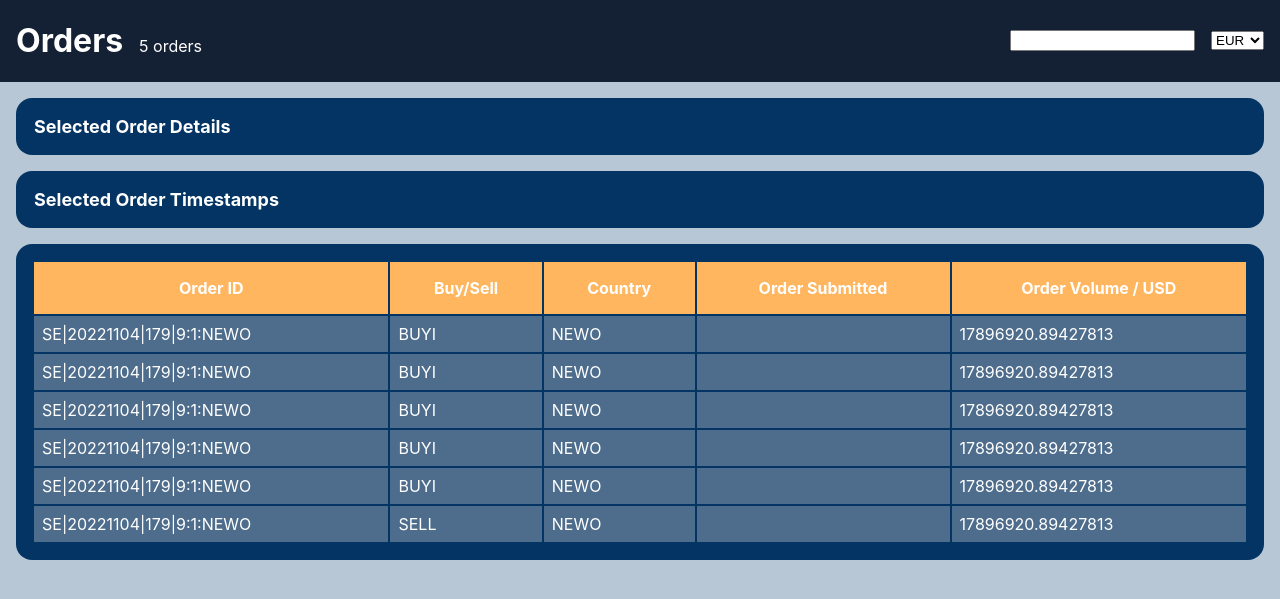
Repository: PreetiToppo/Assignment_Question_1
Page: /
These files come from the project's save history. The page is drawn as it stood at one moment and after the next save; the edit follows.
The browser window is 1280 px wide. The pictures show the whole page.
The project was rebuilt for these pictures with package versions that can differ from the ones it lists, and the page was loaded fresh each time.

Above is the page before, as saved 2023-08-04 19:08:42.

### src/pages/Dashboard.jsx
import { useState, useEffect } from "react";

// Data
import mockData from "../assets/data.json";
import timestamps from "../assets/timeStamps.json";

// Components
import Dropdown from "../component/dropdown/Dropdown";
import HeaderTitle from "../component/header-title/HeaderTitle";
import Search from "../component/search/Search";
import List from "../component/list/List";

// Styles
import styles from "./Dashboard.module.css";
import Card from "../component/card/Card";

const Dashboard = () => {
  const [currency, setCurrency] = useState("EUR");
  const [searchText, setSearchText] = useState("");
  const [mergedData, setMergedData] = useState([]);
  const [selectedOrderDetails, setSelectedOrderDetails] = useState({});
  const [selectedOrderTimeStamps, setSelectedOrderTimeStamps] = useState({});

  useEffect(() => {
    // Merge the data based on the common id
    const mergedData = mockData.results.map((item1) => ({
      ...item1,
      ...timestamps.results.find((item2) => item2.id === item1.id),
    }));
    setMergedData(mergedData);
  }, []);

  return (
    <div>
      <div className={styles.header}>
        <HeaderTitle primaryTitle="Orders" secondaryTitle="5 orders" />
        <div className={styles.actionBox}>
          <Search
            value={searchText}
            onChange={(e) => setSearchText(e.target.value)}
          />
          <Dropdown
            options={[
              "GBP",
              "USD",
              "JPY",
              "EUR",
              "AUD",
              "BGN",
              "BRL",
              "CAD",
              "CHF",
              "CNY",
              "DKK",
              "HKD",
              "HRK",
              "HUF",
              "IDR",
              "ILS",
              "KRW",
              "MXN",
              "MYR",
              "NOL",
              "NZD",
              "PHP",
              "PLN",
              "RON",
              "SEK",
              "SGD",
              "THB",
              "TRY",
              "ZAR",
            ]}
            onChange={(e) => setCurrency(e.target.value)}
            selectedItem={currency}
          />
        </div>
      </div>
      <div className={styles.content}>
        <div className={styles.section}>
          <Card
            cardData={selectedOrderDetails}
            title="Selected Order Details"
          />
          <Card
            cardData={selectedOrderTimeStamps}
            title="Selected Order Timestamps"
          />
        </div>
        <List rows={mergedData} currency={currency} search={searchText} />
      </div>
    </div>
  );
};

export default Dashboard;

### src/assets/data.json
{
  "header": {
    "returnedHits": 6,
    "totalHits": 151839,
    "skippedHits": 0,
    "previousSearchBefore": null,
    "nextSearchAfter": "WzE2Njc1NzU1NjAwMDBd",
    "offset": null
  },
  "results": [
    {
      "&hash": "f29403974dbdc9ce054b879d572610359a9f3d2d2531df63df8233a2ea879c78",
      "&id": "SE|20221104|179|9:1:NEWO",
      "&key": "Order:SE|20221104|179|9:1:NEWO:1667901986951",
      "&model": "Order",
      "executionDetails": {
        "buySellIndicator": "BUYI",
        "orderStatus": "NEWO",
        "orderType": "Market"
      },
      "statsDetails": {
        "avgVsArrivalPrice": 0.0,
        "avgArrivalPrice": 0.0,
        "avgVsMktPrice": 0.0,
        "avgMktPrice": 0.0,
        "avgVsBidAskSpread": 0.0,
        "avgBidAskSpread": 0.0,
        "avgVsClosePrice": 0.0,
        "avgClosePrice": 0.0,
        "avgVsInternalTwap": 0.0,
        "avgInternalTwap": 0.0,
        "avgVsInternalVwap": 0.0,
        "avgInternalVwap": 0.0,
        "avgVsMidPrice": 0.0,
        "avgMidPrice": 0.0,
        "avgVsMovingVwap": 0.0,
        "avgMovingVwap": 0.0,
        "avgVsTouchPrice": 0.0,
        "avgTouchPrice": 0.0,
        "avgVsOpenPrice": 0.0,
        "avgOpenPrice": 0.0,
        "avgVsVwap": 0.0,
        "avgVwap": 0.0,
        "avgPrice": 91.369091993762,
        "tradedQuantity": 195875.0,
        "amends": 0,
        "fills": 1,
        "lifeCycle": 1,
        "lastFillTime": 1667575741000
      },
      "bestExecutionData": {
        "orderVolume": {
          "AUD": 27757268.61955961,
          "BGN": 35456642.91433263,
          "BRL": 90068357.36117567,
          "CAD": 24203990.159998715,
          "CHF": 17880604.819718923,
          "CNY": 128523532.2000561,
          "CZK": 442745747.64998025,
          "DKK": 134913994.73574597,
          "EUR": 18128971.732453536,
          "GBP": 15858861.892115705,
          "HKD": 140486840.6463022,
          "HRK": 136607240.69555715,
          "HUF": 7272437010.473736,
          "IDR": 280850585574.541,
          "ILS": 63569239.379848324,
          "INR": 1468809289.7633855,
          "JPY": 2632145405.834929,
          "KRW": 25338863790.45031,
          "MXN": 349183937.43596077,
          "MYR": 84974116.30435622,
          "NOK": 184949956.71731773,
          "NZD": 30400472.698151335,
          "PHP": 1045534057.7540603,
          "PLN": 84888910.13721369,
          "RON": 88637981.49148509,
          "SEK": 196768233.3897042,
          "SGD": 25182954.633551206,
          "THB": 669067830.7579302,
          "TRY": 333292080.815292,
          "USD": 17896920.89427813,
          "ZAR": 322664877.5857278
        }
      },
      "transactionDetails": {
        "buySellIndicator": "BUYI",
        "priceCurrency": "USD",
        "priceNotation": "MONE",
        "quantityCurrency": "USD",
        "quantityNotation": "UNIT",
        "tradingCapacity": "AOTC",
        "ultimateVenue": "XNGS",
        "venue": "XNGS"
      }
    },
    {
      "&hash": "f29403974dbdc9ce054b879d572610359a9f3d2d2531df63df8233a2ea879c78",
      "&id": "SE|20221104|180|9:1:NEWO",
      "&key": "Order:SE|20221104|180|9:1:NEWO:1667901986951",
      "&model": "Order",
      "executionDetails": {
        "buySellIndicator": "BUYI",
        "orderStatus": "NEWO",
        "orderType": "Market"
      },
      "statsDetails": {
        "avgVsArrivalPrice": 0.0,
        "avgArrivalPrice": 0.0,
        "avgVsMktPrice": 0.0,
        "avgMktPrice": 0.0,
        "avgVsBidAskSpread": 0.0,
        "avgBidAskSpread": 0.0,
        "avgVsClosePrice": 0.0,
        "avgClosePrice": 0.0,
        "avgVsInternalTwap": 0.0,
        "avgInternalTwap": 0.0,
        "avgVsInternalVwap": 0.0,
        "avgInternalVwap": 0.0,
        "avgVsMidPrice": 0.0,
        "avgMidPrice": 0.0,
        "avgVsMovingVwap": 0.0,
        "avgMovingVwap": 0.0,
        "avgVsTouchPrice": 0.0,
        "avgTouchPrice": 0.0,
        "avgVsOpenPrice": 0.0,
        "avgOpenPrice": 0.0,
        "avgVsVwap": 0.0,
        "avgVwap": 0.0,
        "avgPrice": 91.369091993762,
        "tradedQuantity": 195875.0,
        "amends": 0,
        "fills": 1,
        "lifeCycle": 1,
        "lastFillTime": 1667575741000
      },
      "bestExecutionData": {
        "orderVolume": {
          "AUD": 27757268.61955961,
          "BGN": 35456642.91433263,
          "BRL": 90068357.36117567,
          "CAD": 24203990.159998715,
          "CHF": 17880604.819718923,
          "CNY": 128523532.2000561,
          "CZK": 442745747.64998025,
          "DKK": 134913994.73574597,
          "EUR": 18128971.732453536,
          "GBP": 15858861.892115705,
          "HKD": 140486840.6463022,
          "HRK": 136607240.69555715,
          "HUF": 7272437010.473736,
          "IDR": 280850585574.541,
          "ILS": 63569239.379848324,
          "INR": 1468809289.7633855,
          "JPY": 2632145405.834929,
          "KRW": 25338863790.45031,
          "MXN": 349183937.43596077,
          "MYR": 84974116.30435622,
          "NOK": 184949956.71731773,
          "NZD": 30400472.698151335,
          "PHP": 1045534057.7540603,
          "PLN": 84888910.13721369,
          "RON": 88637981.49148509,
          "SEK": 196768233.3897042,
          "SGD": 25182954.633551206,
          "THB": 669067830.7579302,
          "TRY": 333292080.815292,
          "USD": 17896920.89427813,
          "ZAR": 322664877.5857278
        }
      },
      "transactionDetails": {
        "buySellIndicator": "BUYI",
        "priceCurrency": "USD",
        "priceNotation": "MONE",
        "quantityCurrency": "USD",
        "quantityNotation": "UNIT",
        "tradingCapacity": "AOTC",
        "ultimateVenue": "XNGS",
        "venue": "XNGS"
      }
    },
    {
      "&hash": "f29403974dbdc9ce054b879d572610359a9f3d2d2531df63df8233a2ea879c78",
      "&id": "SE|20221104|181|9:1:NEWO",
      "&key": "Order:SE|20221104|181|9:1:NEWO:1667901986951",
      "&model": "Order",
      "executionDetails": {
        "buySellIndicator": "BUYI",
        "orderStatus": "NEWO",
        "orderType": "Market"
      },
      "statsDetails": {
        "avgVsArrivalPrice": 0.0,
        "avgArrivalPrice": 0.0,
        "avgVsMktPrice": 0.0,
        "avgMktPrice": 0.0,
        "avgVsBidAskSpread": 0.0,
        "avgBidAskSpread": 0.0,
        "avgVsClosePrice": 0.0,
        "avgClosePrice": 0.0,
        "avgVsInternalTwap": 0.0,
        "avgInternalTwap": 0.0,
        "avgVsInternalVwap": 0.0,
        "avgInternalVwap": 0.0,
        "avgVsMidPrice": 0.0,
        "avgMidPrice": 0.0,
        "avgVsMovingVwap": 0.0,
        "avgMovingVwap": 0.0,
        "avgVsTouchPrice": 0.0,
        "avgTouchPrice": 0.0,
        "avgVsOpenPrice": 0.0,
        "avgOpenPrice": 0.0,
        "avgVsVwap": 0.0,
        "avgVwap": 0.0,
        "avgPrice": 91.369091993762,
        "tradedQuantity": 195875.0,
        "amends": 0,
        "fills": 1,
        "lifeCycle": 1,
        "lastFillTime": 1667575741000
      },
      "bestExecutionData": {
        "orderVolume": {
          "AUD": 27757268.61955961,
          "BGN": 35456642.91433263,
          "BRL": 90068357.36117567,
          "CAD": 24203990.159998715,
          "CHF": 17880604.819718923,
          "CNY": 128523532.2000561,
          "CZK": 442745747.64998025,
          "DKK": 134913994.73574597,
          "EUR": 18128971.732453536,
          "GBP": 15858861.892115705,
          "HKD": 140486840.6463022,
          "HRK": 136607240.69555715,
          "HUF": 7272437010.473736,
          "IDR": 280850585574.541,
          "ILS": 63569239.379848324,
          "INR": 1468809289.7633855,
          "JPY": 2632145405.834929,
          "KRW": 25338863790.45031,
          "MXN": 349183937.43596077,
          "MYR": 84974116.30435622,
          "NOK": 184949956.71731773,
          "NZD": 30400472.698151335,
          "PHP": 1045534057.7540603,
          "PLN": 84888910.13721369,
          "RON": 88637981.49148509,
          "SEK": 196768233.3897042,
          "SGD": 25182954.633551206,
          "THB": 669067830.7579302,
          "TRY": 333292080.815292,
          "USD": 17896920.89427813,
          "ZAR": 322664877.5857278
        }
      },
      "transactionDetails": {
        "buySellIndicator": "BUYI",
        "priceCurrency": "USD",
        "priceNotation": "MONE",
        "quantityCurrency": "USD",
        "quantityNotation": "UNIT",
        "tradingCapacity": "AOTC",
        "ultimateVenue": "XNGS",
        "venue": "XNGS"
      }
    },
    {
      "&hash": "f29403974dbdc9ce054b879d572610359a9f3d2d2531df63df8233a2ea879c78",
      "&id": "SE|20221104|182|9:1:NEWO",
      "&key": "Order:SE|20221104|182|9:1:NEWO:1667901986951",
      "&model": "Order",
      "executionDetails": {
        "buySellIndicator": "BUYI",
        "orderStatus": "NEWO",
        "orderType": "Market"
      },
      "statsDetails": {
        "avgVsArrivalPrice": 0.0,
        "avgArrivalPrice": 0.0,
        "avgVsMktPrice": 0.0,
        "avgMktPrice": 0.0,
        "avgVsBidAskSpread": 0.0,
        "avgBidAskSpread": 0.0,
        "avgVsClosePrice": 0.0,
        "avgClosePrice": 0.0,
        "avgVsInternalTwap": 0.0,
        "avgInternalTwap": 0.0,
        "avgVsInternalVwap": 0.0,
        "avgInternalVwap": 0.0,
        "avgVsMidPrice": 0.0,
        "avgMidPrice": 0.0,
        "avgVsMovingVwap": 0.0,
        "avgMovingVwap": 0.0,
        "avgVsTouchPrice": 0.0,
        "avgTouchPrice": 0.0,
        "avgVsOpenPrice": 0.0,
        "avgOpenPrice": 0.0,
        "avgVsVwap": 0.0,
        "avgVwap": 0.0,
        "avgPrice": 91.369091993762,
        "tradedQuantity": 195875.0,
        "amends": 0,
        "fills": 1,
        "lifeCycle": 1,
        "lastFillTime": 1667575741000
      },
      "bestExecutionData": {
        "orderVolume": {
          "AUD": 27757268.61955961,
          "BGN": 35456642.91433263,
          "BRL": 90068357.36117567,
          "CAD": 24203990.159998715,
          "CHF": 17880604.819718923,
          "CNY": 128523532.2000561,
          "CZK": 442745747.64998025,
          "DKK": 134913994.73574597,
          "EUR": 18128971.732453536,
          "GBP": 15858861.892115705,
          "HKD": 140486840.6463022,
          "HRK": 136607240.69555715,
          "HUF": 7272437010.473736,
          "IDR": 280850585574.541,
          "ILS": 63569239.379848324,
          "INR": 1468809289.7633855,
          "JPY": 2632145405.834929,
          "KRW": 25338863790.45031,
          "MXN": 349183937.43596077,
          "MYR": 84974116.30435622,
          "NOK": 184949956.71731773,
          "NZD": 30400472.698151335,
          "PHP": 1045534057.7540603,
          "PLN": 84888910.13721369,
          "RON": 88637981.49148509,
          "SEK": 196768233.3897042,
          "SGD": 25182954.633551206,
          "THB": 669067830.7579302,
          "TRY": 333292080.815292,
          "USD": 17896920.89427813,
          "ZAR": 322664877.5857278
        }
      },
      "transactionDetails": {
        "buySellIndicator": "BUYI",
        "priceCurrency": "USD",
        "priceNotation": "MONE",
        "quantityCurrency": "USD",
        "quantityNotation": "UNIT",
        "tradingCapacity": "AOTC",
        "ultimateVenue": "XNGS",
        "venue": "XNGS"
      }
    },
    {
      "&hash": "f29403974dbdc9ce054b879d572610359a9f3d2d2531df63df8233a2ea879c78",
      "&id": "SE|20221104|183|9:1:NEWO",
      "&key": "Order:SE|20221104|183|9:1:NEWO:1667901986951",
      "&model": "Order",
      "executionDetails": {
        "buySellIndicator": "BUYI",
        "orderStatus": "NEWO",
        "orderType": "Market"
      },
      "statsDetails": {
        "avgVsArrivalPrice": 0.0,
        "avgArrivalPrice": 0.0,
        "avgVsMktPrice": 0.0,
        "avgMktPrice": 0.0,
        "avgVsBidAskSpread": 0.0,
        "avgBidAskSpread": 0.0,
        "avgVsClosePrice": 0.0,
        "avgClosePrice": 0.0,
        "avgVsInternalTwap": 0.0,
        "avgInternalTwap": 0.0,
        "avgVsInternalVwap": 0.0,
        "avgInternalVwap": 0.0,
        "avgVsMidPrice": 0.0,
        "avgMidPrice": 0.0,
        "avgVsMovingVwap": 0.0,
        "avgMovingVwap": 0.0,
        "avgVsTouchPrice": 0.0,
        "avgTouchPrice": 0.0,
        "avgVsOpenPrice": 0.0,
        "avgOpenPrice": 0.0,
        "avgVsVwap": 0.0,
        "avgVwap": 0.0,
        "avgPrice": 91.369091993762,
        "tradedQuantity": 195875.0,
        "amends": 0,
        "fills": 1,
        "lifeCycle": 1,
        "lastFillTime": 1667575741000
      },
      "bestExecutionData": {
        "orderVolume": {
          "AUD": 27757268.61955961,
          "BGN": 35456642.91433263,
          "BRL": 90068357.36117567,
          "CAD": 24203990.159998715,
          "CHF": 17880604.819718923,
          "CNY": 128523532.2000561,
          "CZK": 442745747.64998025,
          "DKK": 134913994.73574597,
          "EUR": 18128971.732453536,
          "GBP": 15858861.892115705,
          "HKD": 140486840.6463022,
          "HRK": 136607240.69555715,
          "HUF": 7272437010.473736,
          "IDR": 280850585574.541,
          "ILS": 63569239.379848324,
          "INR": 1468809289.7633855,
          "JPY": 2632145405.834929,
          "KRW": 25338863790.45031,
          "MXN": 349183937.43596077,
          "MYR": 84974116.30435622,
          "NOK": 184949956.71731773,
          "NZD": 30400472.698151335,
          "PHP": 1045534057.7540603,
          "PLN": 84888910.13721369,
          "RON": 88637981.49148509,
          "SEK": 196768233.3897042,
          "SGD": 25182954.633551206,
          "THB": 669067830.7579302,
          "TRY": 333292080.815292,
          "USD": 17896920.89427813,
          "ZAR": 322664877.5857278
        }
      },
      "transactionDetails": {
        "buySellIndicator": "BUYI",
        "priceCurrency": "USD",
        "priceNotation": "MONE",
        "quantityCurrency": "USD",
        "quantityNotation": "UNIT",
        "tradingCapacity": "AOTC",
        "ultimateVenue": "XNGS",
        "venue": "XNGS"
      }
    },
    {
      "&hash": "f29403974dbdc9ce054b879d572610359a9f3d2d2531df63df8233a2ea879c78",
      "&id": "SE|202211454|184|9:1:NEWO",
      "&key": "Order:SE|20221104|184|9:1:NEWO:1667901986951",
      "&model": "Order",
      "executionDetails": {
        "buySellIndicator": "SELL",
        "orderStatus": "NEWO",
        "orderType": "Market"
      },
      "statsDetails": {
        "avgVsArrivalPrice": 0.0,
        "avgArrivalPrice": 0.0,
        "avgVsMktPrice": 0.0,
        "avgMktPrice": 0.0,
        "avgVsBidAskSpread": 0.0,
        "avgBidAskSpread": 0.0,
        "avgVsClosePrice": 0.0,
        "avgClosePrice": 0.0,
        "avgVsInternalTwap": 0.0,
        "avgInternalTwap": 0.0,
        "avgVsInternalVwap": 0.0,
        "avgInternalVwap": 0.0,
        "avgVsMidPrice": 0.0,
        "avgMidPrice": 0.0,
        "avgVsMovingVwap": 0.0,
        "avgMovingVwap": 0.0,
        "avgVsTouchPrice": 0.0,
        "avgTouchPrice": 0.0,
        "avgVsOpenPrice": 0.0,
        "avgOpenPrice": 0.0,
        "avgVsVwap": 0.0,
        "avgVwap": 0.0,
        "avgPrice": 91.369091993762,
        "tradedQuantity": 195875.0,
        "amends": 0,
        "fills": 1,
        "lifeCycle": 1,
        "lastFillTime": 1667575741000
      },
      "bestExecutionData": {
        "orderVolume": {
          "AUD": 27757268.61955961,
          "BGN": 35456642.91433263,
          "BRL": 90068357.36117567,
          "CAD": 24203990.159998715,
          "CHF": 17880604.819718923,
          "CNY": 128523532.2000561,
          "CZK": 442745747.64998025,
          "DKK": 134913994.73574597,
          "EUR": 18128971.732453536,
          "GBP": 15858861.892115705,
          "HKD": 140486840.6463022,
          "HRK": 136607240.69555715,
          "HUF": 7272437010.473736,
          "IDR": 280850585574.541,
          "ILS": 63569239.379848324,
          "INR": 1468809289.7633855,
          "JPY": 2632145405.834929,
          "KRW": 25338863790.45031,
          "MXN": 349183937.43596077,
          "MYR": 84974116.30435622,
          "NOK": 184949956.71731773,
          "NZD": 30400472.698151335,
          "PHP": 1045534057.7540603,
          "PLN": 84888910.13721369,
          "RON": 88637981.49148509,
          "SEK": 196768233.3897042,
          "SGD": 25182954.633551206,
          "THB": 669067830.7579302,
          "TRY": 333292080.815292,
          "USD": 17896920.89427813,
          "ZAR": 322664877.5857278
        }
      },
      "transactionDetails": {
        "buySellIndicator": "BUYI",
        "priceCurrency": "USD",
        "priceNotation": "MONE",
        "quantityCurrency": "USD",
        "quantityNotation": "UNIT",
        "tradingCapacity": "AOTC",
        "ultimateVenue": "XNGS",
        "venue": "XNGS"
      }
    }
  ]
}

### src/assets/timeStamps.json
{
  "results": [
    {
      "&id": "SE|20221104|179|9:1:NEWO",
      "timestamps": {
        "orderReceived": "2022-11-04T15:29:00Z",
        "orderStatusUpdated": "2022-11-04T15:29:00Z",
        "orderSubmitted": "2022-11-04T15:29:00Z"
      }
    },
    {
      "&id": "SE|20221104|180|9:1:NEWO",
      "timestamps": {
        "orderReceived": "2022-11-04T15:29:00Z",
        "orderStatusUpdated": "2022-11-04T15:29:00Z",
        "orderSubmitted": "2022-11-04T15:29:00Z"
      }
    },
    {
      "&id": "SE|20221104|181|9:1:NEWO",
      "timestamps": {
        "orderReceived": "2022-11-04T15:29:00Z",
        "orderStatusUpdated": "2022-11-04T15:29:00Z",
        "orderSubmitted": "2022-11-04T15:29:00Z"
      }
    },
    {
      "&id": "SE|20221104|182|9:1:NEWO",
      "timestamps": {
        "orderReceived": "2022-11-04T15:29:00Z",
        "orderStatusUpdated": "2022-11-04T15:29:00Z",
        "orderSubmitted": "2022-11-04T15:29:00Z"
      }
    },
    {
      "&id": "SE|20221104|183|9:1:NEWO",
      "timestamps": {
        "orderReceived": "2022-11-04T15:29:00Z",
        "orderStatusUpdated": "2022-11-04T15:29:00Z",
        "orderSubmitted": "2022-11-04T15:29:00Z"
      }
    },
    {
      "&id": "SE|202211454|184|9:1:NEWO",
      "timestamps": {
        "orderReceived": "2022-11-04T15:29:00Z",
        "orderStatusUpdated": "2022-11-04T15:29:00Z",
        "orderSubmitted": "2022-11-04T15:29:00Z"
      }
    }
  ]
}

### src/component/search/Search.jsx
const Search = ({ searchText, onChange }) => {
  return <input type="text" value={searchText} onChange={onChange} />
}

export default Search

### src/component/list/List.jsx
import ListRow from "./ListRow";
import ListRowCell from "./ListRowCell";

import ListHeader from "./ListHeader";
import ListHeaderCell from "./ListHeaderCell";

import styles from "./List.module.css";

const List = ({ rows }) => {
  return (
    <table className={styles.container}>
      <thead>
        <ListHeader>
          <ListHeaderCell>Order ID</ListHeaderCell>
          <ListHeaderCell>Buy/Sell</ListHeaderCell>
          <ListHeaderCell>Country</ListHeaderCell>
          <ListHeaderCell>Order Submitted</ListHeaderCell>
          <ListHeaderCell>Order Volume / USD</ListHeaderCell>
        </ListHeader>
      </thead>
      <tbody>
        {rows.map((row) => (
          <ListRow>
            <ListRowCell>{row["&id"]}</ListRowCell>
            <ListRowCell>{row.executionDetails.buySellIndicator}</ListRowCell>
            <ListRowCell>{row.executionDetails.orderStatus}</ListRowCell>
            <ListRowCell>{row.orderSubmitted}</ListRowCell>
            <ListRowCell>{row.bestExecutionData.orderVolume.USD}</ListRowCell>
          </ListRow>
        ))}
      </tbody>
    </table>
  );
};

export default List;

### src/pages/Dashboard.module.css
.header {
  display: flex;
  padding: 0 1em;
  background-color: #142033;
  color: white;
  justify-content: space-between;
}

.actionBox {
  display: flex;
  justify-content: center;
  align-items: center;
  gap: 1em;
}

.content {
  display: flex;
  flex-direction: column;
  background-color: rgb(184, 199, 214);
  gap: 1em;
  margin: 1em;
}

.section {
  display: flex;
  flex-direction: column;
  gap: 1em;
}

### src/component/card/Card.jsx
import styles from "./Card.module.css";

const Card = ({ cardData, title }) => {
  if (!cardData) return null;
  return (
    <div className={styles.container}>
      <div className={styles.title}>{title}</div>
      {Object.entries(cardData).map(([k, v]) => (
        <div className={styles.cell}>
          <div className={styles.value}>{k}</div>
          <div className={styles.value}>{v}</div>
        </div>
      ))}
    </div>
  );
};

export default Card;

### src/component/list/ListRow.jsx
import styles from "./ListRow.module.css";

const ListCell = ({ children }) => {
  return <tr className={styles.cell}>{children}</tr>;
};

export default ListCell;

### src/component/list/ListRowCell.jsx
import styles from "./ListRowCell.module.css";

const ListRowCell = ({ children }) => {
  return <td className={styles.cell}>{children}</td>;
};

export default ListRowCell;

### src/component/card/Card.module.css
.container {
  background-color: #043463;
  border-radius: 1em;
  color: white;
}

.cell {
  display: grid;
  grid-template-columns: 1fr 1fr;
  gap: 1em;
  padding: 1em;
  background-color: rgba(255, 255, 255, 0.089);
}

.title {
  padding: 1em;
  font-size: large;
  font-weight: bold;
}

.value {
  border-bottom: 1px solid;
}

Loaded but not shown: public/index.html (common file); src/index.js (common file); src/App.js (common file); src/reportWebVitals.js (common file); src/index.css (common file); src/component/dropdown/Dropdown.jsx (common file); src/component/header-title/HeaderTitle.jsx (common file); src/component/header-title/HeaderTitle.module.css (common file); src/component/list/ListHeader.jsx (common file); src/component/list/ListHeaderCell.jsx (common file); src/component/list/List.module.css (common file); src/component/list/ListRow.module.css (common file); src/component/list/ListRowCell.module.css (common file); src/component/list/ListHeaderCell.module.css (common file)

After the next save:
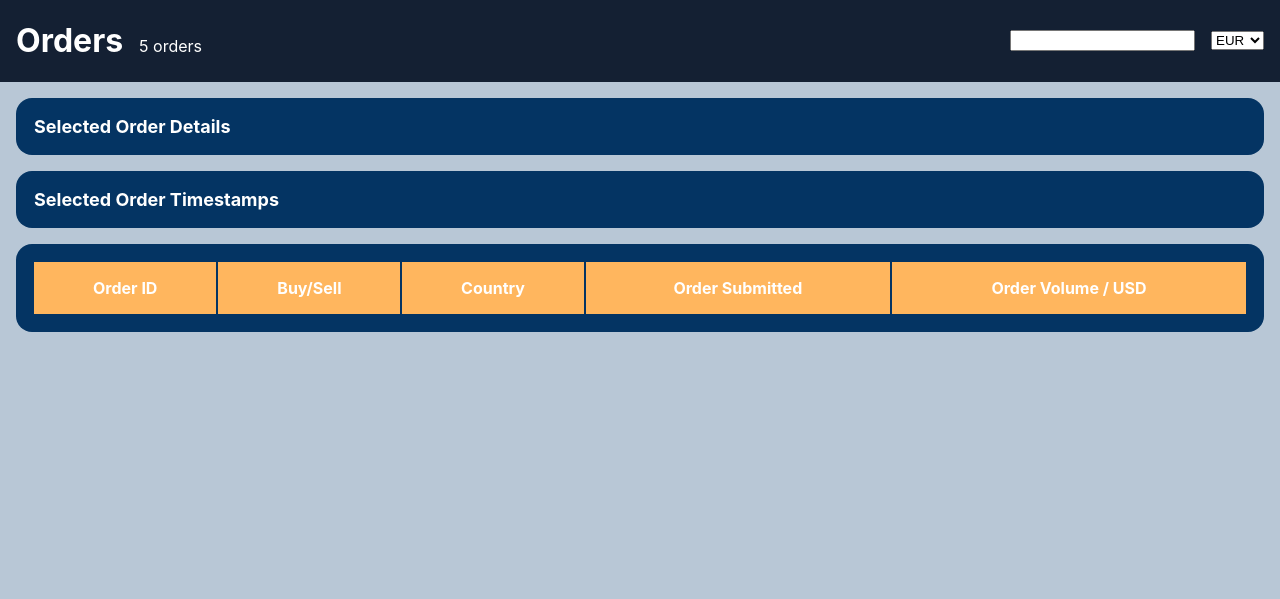
Saved 70 s later.
--- a/src/pages/Dashboard.jsx
+++ b/src/pages/Dashboard.jsx
@@ -21,14 +21,14 @@ const Dashboard = () => {
   const [selectedOrderDetails, setSelectedOrderDetails] = useState({});
   const [selectedOrderTimeStamps, setSelectedOrderTimeStamps] = useState({});
 
-  useEffect(() => {
-    // Merge the data based on the common id
-    const mergedData = mockData.results.map((item1) => ({
-      ...item1,
-      ...timestamps.results.find((item2) => item2.id === item1.id),
-    }));
-    setMergedData(mergedData);
-  }, []);
+  // useEffect(() => {
+  //   // Merge the data based on the common id
+  //   const mergedData = mockData.results.map((item1) => ({
+  //     ...item1,
+  //     ...timestamps.results.find((item2) => item2.id === item1.id),
+  //   }));
+  //   setMergedData(mergedData);
+  // }, []);
 
   return (
     <div>
